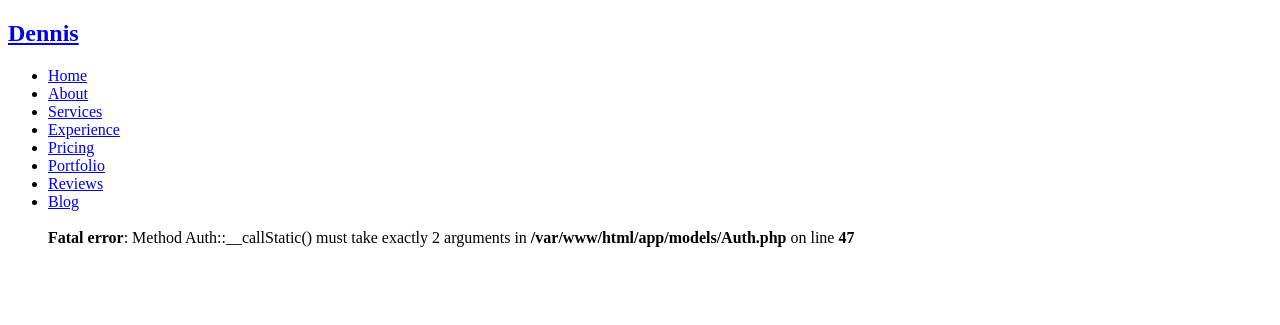
Repository: Teeticode/project_manager_tool
Page: http://localhost/portfolio/public
The author's editor kept a copy of each file at every save. The page is drawn from the files as they stood at one save, then again after the next save.
The browser window is 1280 px wide. The pictures show the whole page.
Some icons come from a web library that is not loaded, so they are not drawn. The page is run by PHP 8.4 with error messages shown; the project is at /var/www/html/.

Above is the page before, as saved 2022-09-07 10:11:51.

After the next save:
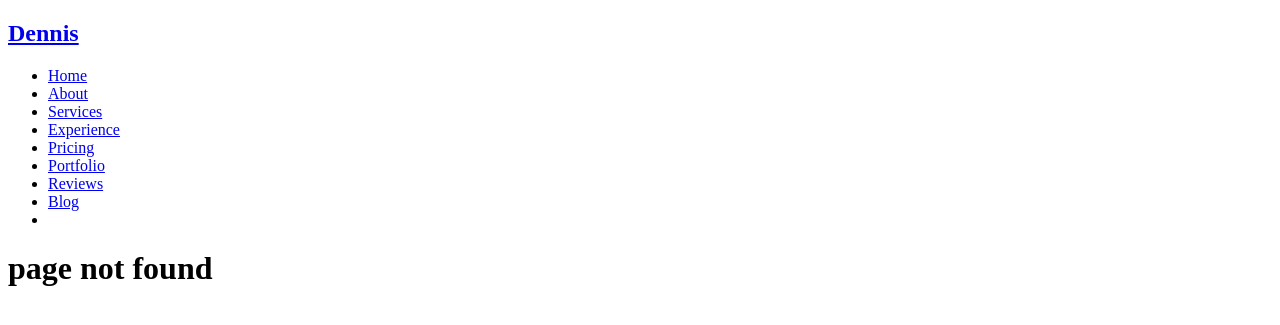
Console error: SyntaxError: Unexpected token '<'
Saved 71 s later.
--- a/app/models/Auth.php
+++ b/app/models/Auth.php
@@ -44,8 +44,8 @@ class Auth {
         return false;
     }
 
-    public static function __callStatic(){
-        echo "Dennis";
+    public static function __callStatic($argc, $argv){
+        echo $argc;
     }
 
 
